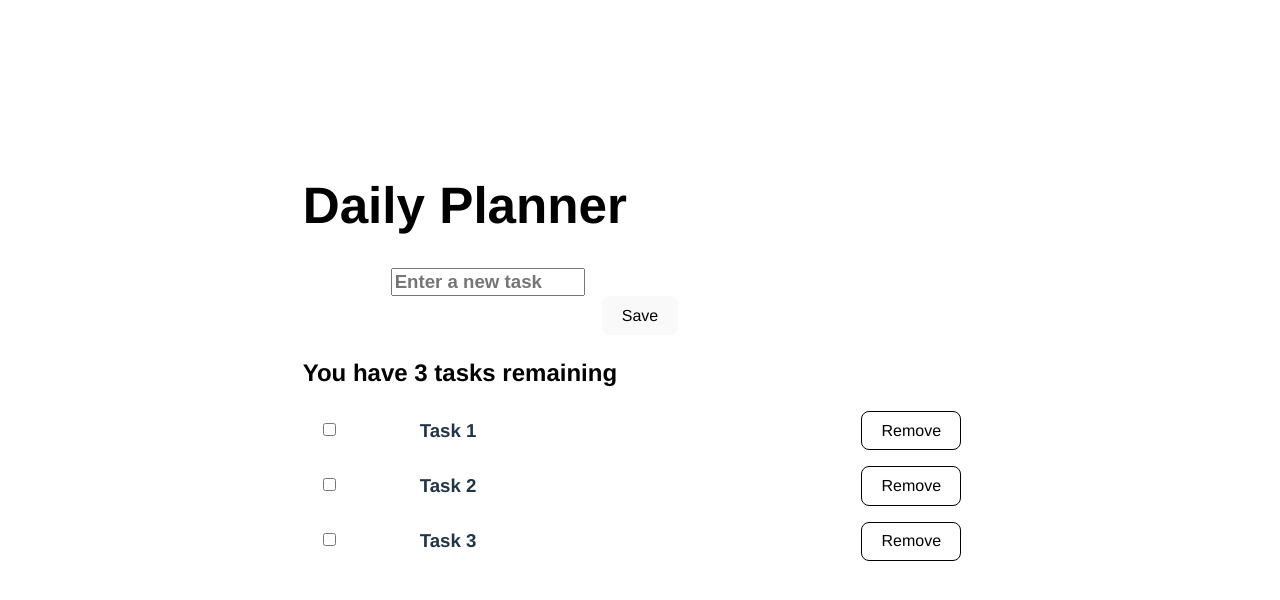
Repository: MonicaNguyenH/Frontend_Assignment6
Page: / (app in react/)
The author's editor kept a copy of each file at every save. The page is drawn from the files as they stood at one save, then again after the next save.
The browser window is 1280 px wide. The pictures show the whole page.
The project was rebuilt for these pictures with package versions that can differ from the ones it lists, and the page was loaded fresh each time. Also part of the build but not shown: react/vite.config.js.

Above is the page before, as saved 2024-10-11 00:49:42.

After the next save:
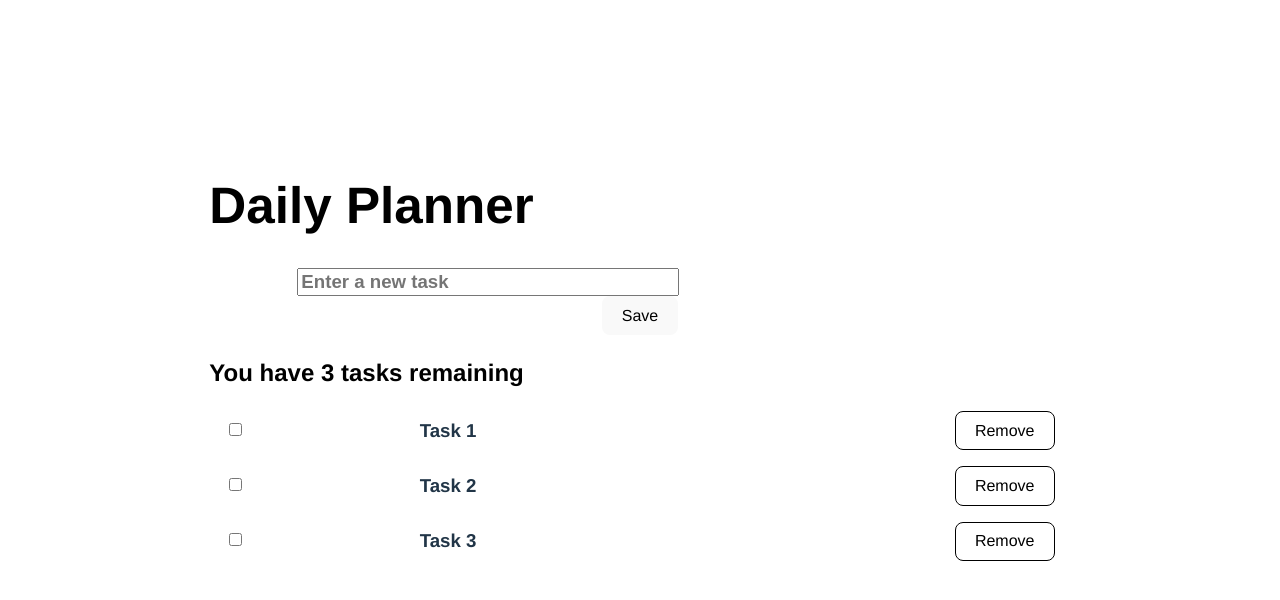
Saved 5 s later.
--- a/react/src/App.css
+++ b/react/src/App.css
@@ -23,7 +23,7 @@
 
 /* TaskForm  */
 #task-name {
-  width: 10em;
+  width: 20em;
 }
 
 
